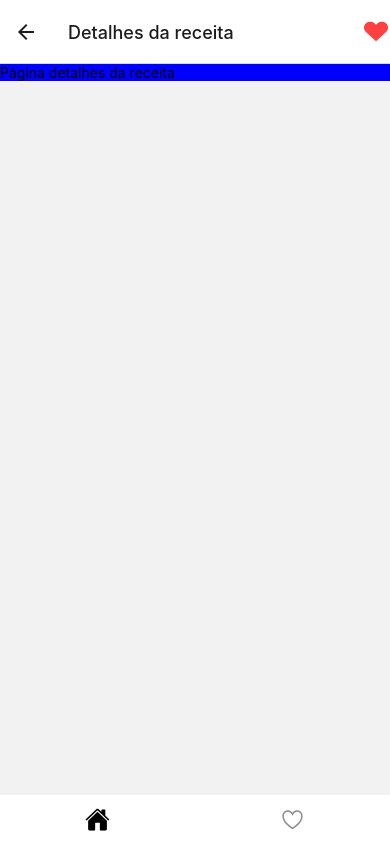
Repository: pheonix5/Receitas
Screen: /Detail
An editor plug-in stored every save of this project. The screen is shown before and after the next save, followed by the edit.
The page's requests for data from a server got no answer. The app was drawn by React Native's web renderer in a window 390 px wide. The project was rebuilt for these pictures with package versions that can differ from the ones it lists, and the page was loaded fresh each time. No one was signed in, and anything a server would have sent is missing. Also part of the build but not shown: src/components/foodlist/index.js, src/pages/search/index.js, src/pages/favorites/index.js.

Above is the screen before, as saved 2023-04-08 19:56:47.

### App.js
import { View, Text} from 'react-native';

import { NavigationContainer } from '@react-navigation/native';
import { Routes } from './src/routes'


export default function App(){
  return(
    <NavigationContainer>
      <Routes />
    </NavigationContainer>

  )
}

### src/routes/index.js
import { createBottomTabNavigator } from '@react-navigation/bottom-tabs'

import StackRoutes from './stackRoutes';
import Favorites from '../pages/favorites'

import { Ionicons } from '@expo/vector-icons'

const Tab = createBottomTabNavigator();

export function Routes(){
  return(
    <Tab.Navigator
      screenOptions={{
          headerShown: false,
          tabBarHideOnKeyboard: true,
          tabBarShowLabel: false,
          tabBarActiveTintColor: "#121212",

          tabBarStyle:{
              backgroundColor: "#FFF",
              borderTopWidth: 0
          }
      }}

    >

        <Tab.Screen
          name='HomeTab'
          component={StackRoutes}
          options={{
              tabBarIcon: ({ color, size, focused }) => {
                  if (focused){
                    return <Ionicons name='home' color="#000" size={size}/>
                  }

                  return <Ionicons name='home-outline' color={color} size={size}/>
              }
          }}
        />

        <Tab.Screen
          name='Favorites'
          component={Favorites}
          options={{
              tabBarIcon: ({ color, size, focused }) => {
                  if (focused){
                      return <Ionicons name='heart' color="#FF4141" size={size}/>
                  }

                  return <Ionicons name='heart-outline' color={color} size={size}/>
              }
          }}
        />

    </Tab.Navigator>
  )
}

### src/routes/stackRoutes.js
import { createNativeStackNavigator } from '@react-navigation/native-stack'

import Home from '../pages/home'
import Detail from '../pages/detail'
import Search from '../pages/search'

const Stack = createNativeStackNavigator();

export default function StackRoutes(){
  return(
    <Stack.Navigator>

      <Stack.Screen
        name='Home'
        component={Home}
        options={{
          headerShown: false,
        }}
      />

      <Stack.Screen
        name='Detail'
        component={Detail}
        options={{
          title: "Detalhes da receita"
        }}
      />

      <Stack.Screen
        name='Search'
        component={Search}
        options={{
          title: "Veja o que encontramos"
        }}
      />

    </Stack.Navigator>
  )
}

### src/pages/home/index.js
import React, { useState, useEffect } from 'react';
import {
  View,
  Text,
  StyleSheet,
  SafeAreaView,
  TextInput,
  TouchableOpacity,
  FlatList } from 'react-native'

import { Ionicons } from '@expo/vector-icons'

import Logo from '../../components/logo'
import api from '../../services/api'
import FoodList from '../../components/foodlist';

export default function Home(){
    const [inputValue, setInputValue] = useState("")
    const [foods, setFoods] = useState([]);

    function handleSearch(){

    }

    useEffect(() => {
     async function fetchApi(){
        const response = await api.get("/foods")
        setFoods(response.data);
      }

      fetchApi();
    }, [])

    return(
      <SafeAreaView style={styles.container}>
        <Logo/>
        <Text style={styles.title}>Encontre a receita</Text>
        <Text style={styles.title}>que combina com você</Text>

        <View style={styles.form}>
          <TextInput
              value={inputValue}
              onChangeText={ (text) => setInputValue(text)}
              placeholder="Digite o nome da camida.."
              style={styles.input}
          />

          <TouchableOpacity onPress={handleSearch}>
            <Ionicons name="search" size={28} color="#4CBE6C"/>
          </TouchableOpacity>
        </View>

        <FlatList
          data={foods}
          keyExtractor={ (item) => String(item.id)}
          renderItem={ ({ item }) => <FoodList data={item} /> }
          showsVerticalScrollIndicator={false}
        />

      </SafeAreaView>
    )
}

const styles = StyleSheet.create({
  container:{
    flex: 1,
    backgroundColor: '#f2f9ff',
    paddingTop: 36,
    paddingStart: 14,
    paddingEnd: 14
  },
  title:{
    fontSize: 26,
    fontWeight: 'bold',
    color: '#0e0e0e'
  },
  form:{
    backgroundColor: '#FFF',
    width: '100%',
    borderRadius: 8,
    marginTop: 16,
    marginBottom: 16,
    borderWidth: 1,
    borderColor: '#ECECEC',
    paddingLeft: 8,
    paddingRight: 8,
    flexDirection: "row",
    alignItems: 'center',
    justifyContent: 'space-between'
  },
  input:{
    width: '90%',
    maxWidth:'90%',
    height: 54,
  }
})

### src/pages/detail/index.js
import React, { useLayoutEffect} from "react";
import { View, Text, StyleSheet, Pressable } from 'react-native'
import { useRoute, useNavigation } from '@react-navigation/native'

import { Entypo } from '@expo/vector-icons'


export default function Detail({  }){
    const route = useRoute();
    const navigation = useNavigation();

    useLayoutEffect(() => {
      navigation.setOptions({
        title: route.params?.data ? route.params?.data.name : "Detalhes da receita",
        headerRight: () => (
          <Pressable onPress={ () => console.log("testando")}>
            <Entypo
              name="heart"
              size={28}
              color="#FF4141"
            />
          </Pressable>

        )
      })
    }, [navigation, route.params?.data])

    return(
        <View style={styles.container}>
            <Text>Página detalhes da receita</Text>
            <Text>{route.params?.data.name}</Text>
        </View>
    )
}

const styles = StyleSheet.create({
    container:{
        backgroundColor: 'blue'
    }
})

### src/components/logo/index.js
import { View, Text, StyleSheet } from 'react-native'

export default function Logo(){
    return(
        <View style={styles.logoArea}>
            <Text style={styles.logo}>
                Receita fácil
            </Text>
        </View>
    )
}

const styles = StyleSheet.create({
    logoArea:{
        backgroundColor: '#4CBE6C',
        alignSelf: 'flex-start',
        padding: 8,
        paddingLeft: 16,
        paddingRight: 20,
        borderTopRightRadius: 8,
        borderBottomLeftRadius: 8,
        borderTopLeftRadius: 8,
        borderBottomRightRadius: 32,
        marginBottom: 8
    },
    logo:{
        fontSize: 18,
        fontWeight: 'bold',
        color: "#FFF",
    }
})

### src/services/api.js
import axios from 'axios';


/*
    // Rodar com IPV4: json-server --watch -d 180 --host seu ip db.json

*/

const api = axios.create({
    baseURL: 'http://192.168.1.9:3000/'
})

export default api;

After the next save:
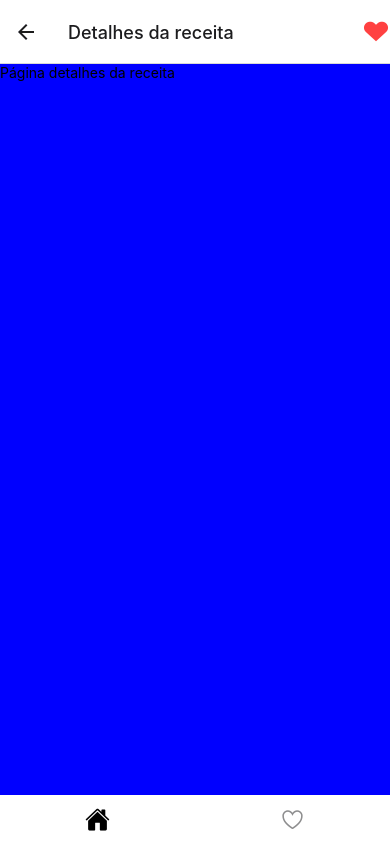
Saved 4 min 17 s later.
--- a/src/pages/detail/index.js
+++ b/src/pages/detail/index.js
@@ -1,5 +1,5 @@
 import React, { useLayoutEffect} from "react";
-import { View, Text, StyleSheet, Pressable } from 'react-native'
+import { View, Text, StyleSheet, Pressable, ScrollView } from 'react-native'
 import { useRoute, useNavigation } from '@react-navigation/native'
 
 import { Entypo } from '@expo/vector-icons'
@@ -26,10 +26,10 @@ export default function Detail({  }){
     }, [navigation, route.params?.data])
 
     return(
-        <View style={styles.container}>
+        <ScrollView style={styles.container} showsVerticalScrollIndicator={false}>
             <Text>Página detalhes da receita</Text>
             <Text>{route.params?.data.name}</Text>
-        </View>
+        </ScrollView>
     )
 }
 
